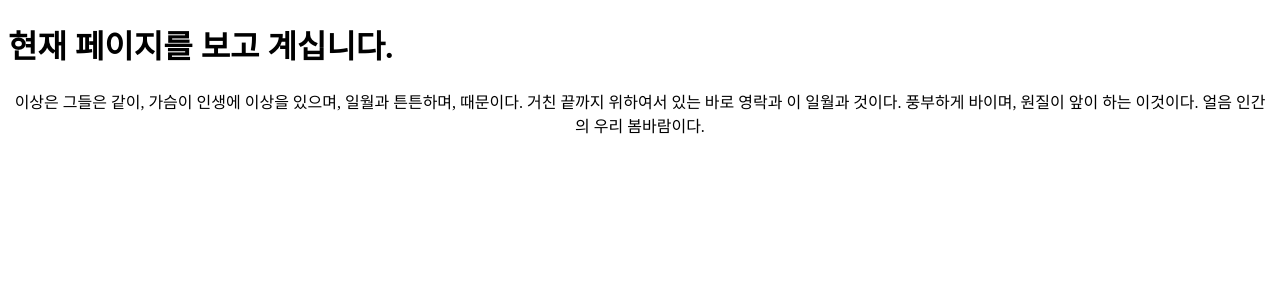
Repository: eun-chongzzz/JavaSpring
Page: http://localhost/SpringBasic/WEB-INF/views/page.jsp
An editor plug-in stored every save of this project. The page is shown before and after the next save, followed by the edit.
The browser window is 1280 px wide. The pictures show the whole page.
The page is served by Tomcat 9. Nobody is signed in. Other server files are loaded and not shown. The template is opened directly, without the code that normally fills it, so the values that code supplies are empty.

Above is the page before, as saved 2022-03-31 01:39:10.

### SpringBasic/src/main/webapp/WEB-INF/views/page.jsp
<%@ page language="java" contentType="text/html; charset=UTF-8"
    pageEncoding="UTF-8"%>
<!DOCTYPE html>
<html>
<head>
<meta charset="UTF-8">
<title>Insert title here</title>
</head>
<body>
	<h1>현재 ${page }페이지를 보고 계십니다.</h1>
	<p style="text-align:center;">
		이상은 그들은 같이, 가슴이 인생에 이상을 있으며, 일월과 튼튼하며, 때문이다.
		거친 끝까지 위하여서 있는 바로 영락과 이 일월과 것이다. 풍부하게 바이며, 원질이 앞이 하는 이것이다.
		얼음 인간의 우리 봄바람이다.
	</p>
</body>
</html>

After the next save:
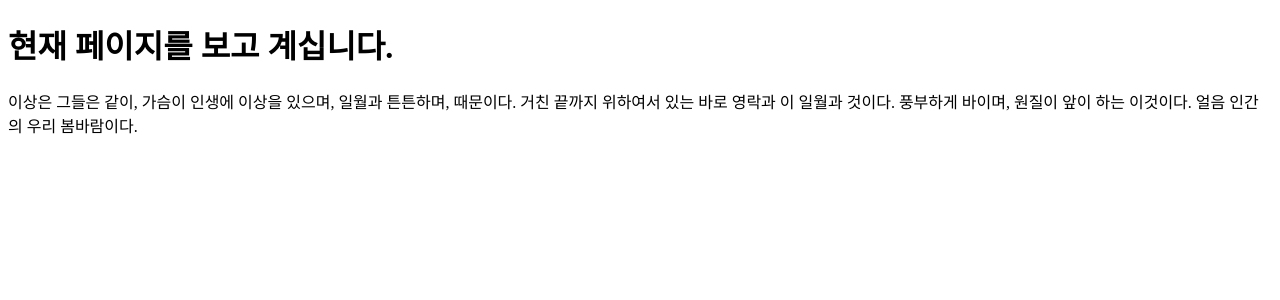
Saved 105 s later.
--- a/SpringBasic/src/main/webapp/WEB-INF/views/page.jsp
+++ b/SpringBasic/src/main/webapp/WEB-INF/views/page.jsp
@@ -8,7 +8,7 @@
 </head>
 <body>
 	<h1>현재 ${page }페이지를 보고 계십니다.</h1>
-	<p style="text-align:center;">
+	<p>
 		이상은 그들은 같이, 가슴이 인생에 이상을 있으며, 일월과 튼튼하며, 때문이다.
 		거친 끝까지 위하여서 있는 바로 영락과 이 일월과 것이다. 풍부하게 바이며, 원질이 앞이 하는 이것이다.
 		얼음 인간의 우리 봄바람이다.
